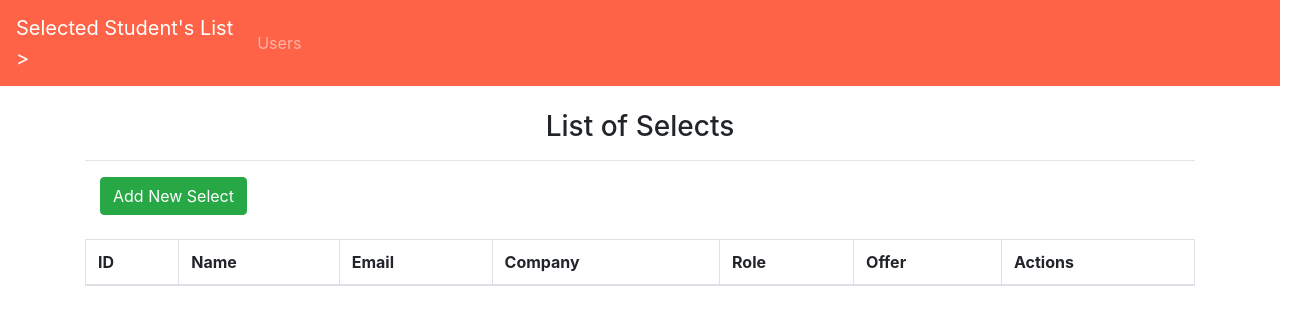
Repository: arnab01/Placement-Portal
Page: http://localhost/Company_Selects/
These files come from the project's save history. The page is drawn as it stood at one moment and after the next save; the edit follows.
The browser window is 1280 px wide. The page is 1295 px wide, so the pictures cover 1295 px, including what lies to the right of the window. The pictures show the whole page.
The page is served by Tomcat 9. Queries for data that is not in the repository find no rows.

Above is the page before, as saved 2020-11-27 20:12:49.

After the next save:
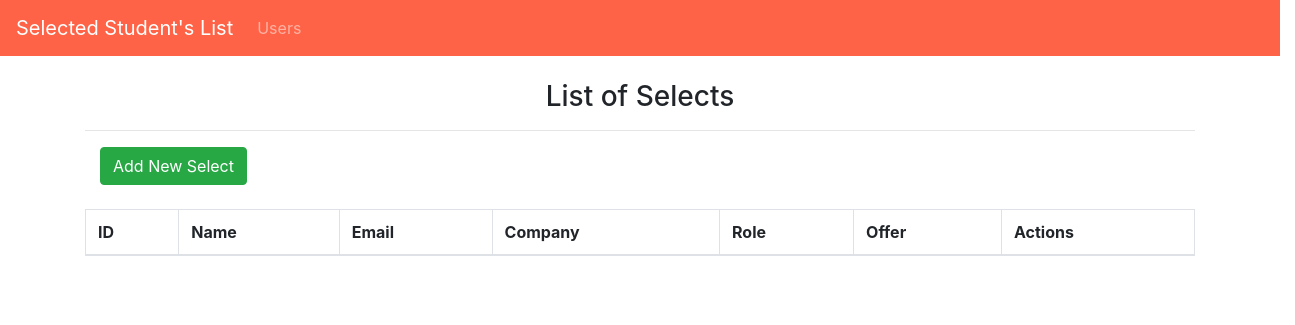
Saved 16 s later.
--- a/JSP/final_selects/Company_Selects/WebContent/user-list.jsp
+++ b/JSP/final_selects/Company_Selects/WebContent/user-list.jsp
@@ -15,7 +15,7 @@
 		<nav class="navbar navbar-expand-md navbar-dark"
 			style="background-color: tomato">
 			<div>
-				<a href="https://www.javaguides.net" class="navbar-brand"><center> Selected Student's List </center>></a>
+				<a href="https://www.javaguides.net" class="navbar-brand"><center> Selected Student's List </center></a>
 			</div>
 
 			<ul class="navbar-nav">
